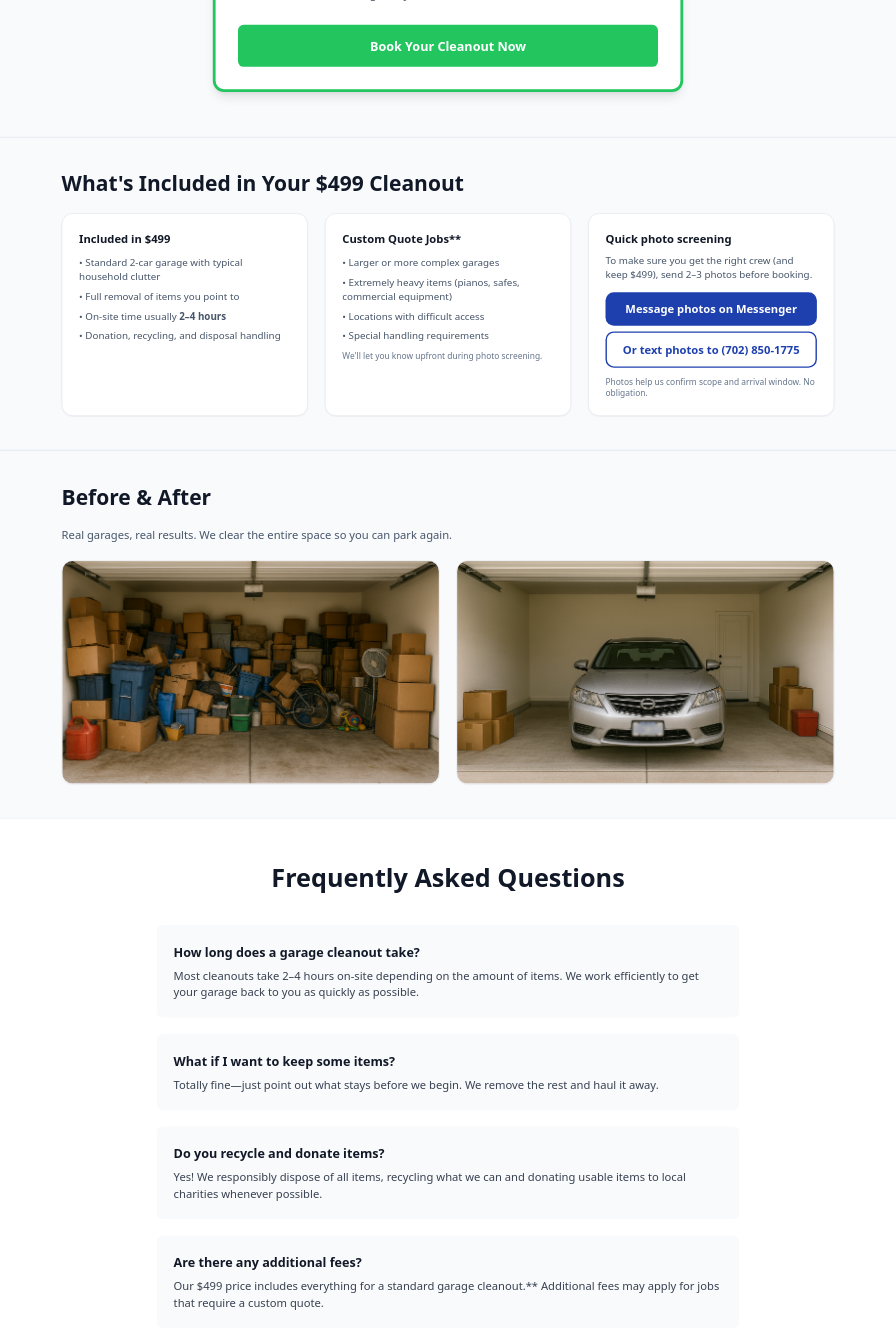
Repository: nikwhite1169/garagegone
Page: index.html
These files come from the project's save history. The page is drawn as it stood at one moment and after the next save; the edit follows.
The browser window is 1280 px wide. The pictures show the part of the page from y = 1709 to 3629 px (the page is 5457 px tall before and 5461 px after), at 70% of full size.
Some web libraries are served in a nearby version.

Above is the page before, as saved 2025-09-16 00:30:53.

After the next save:
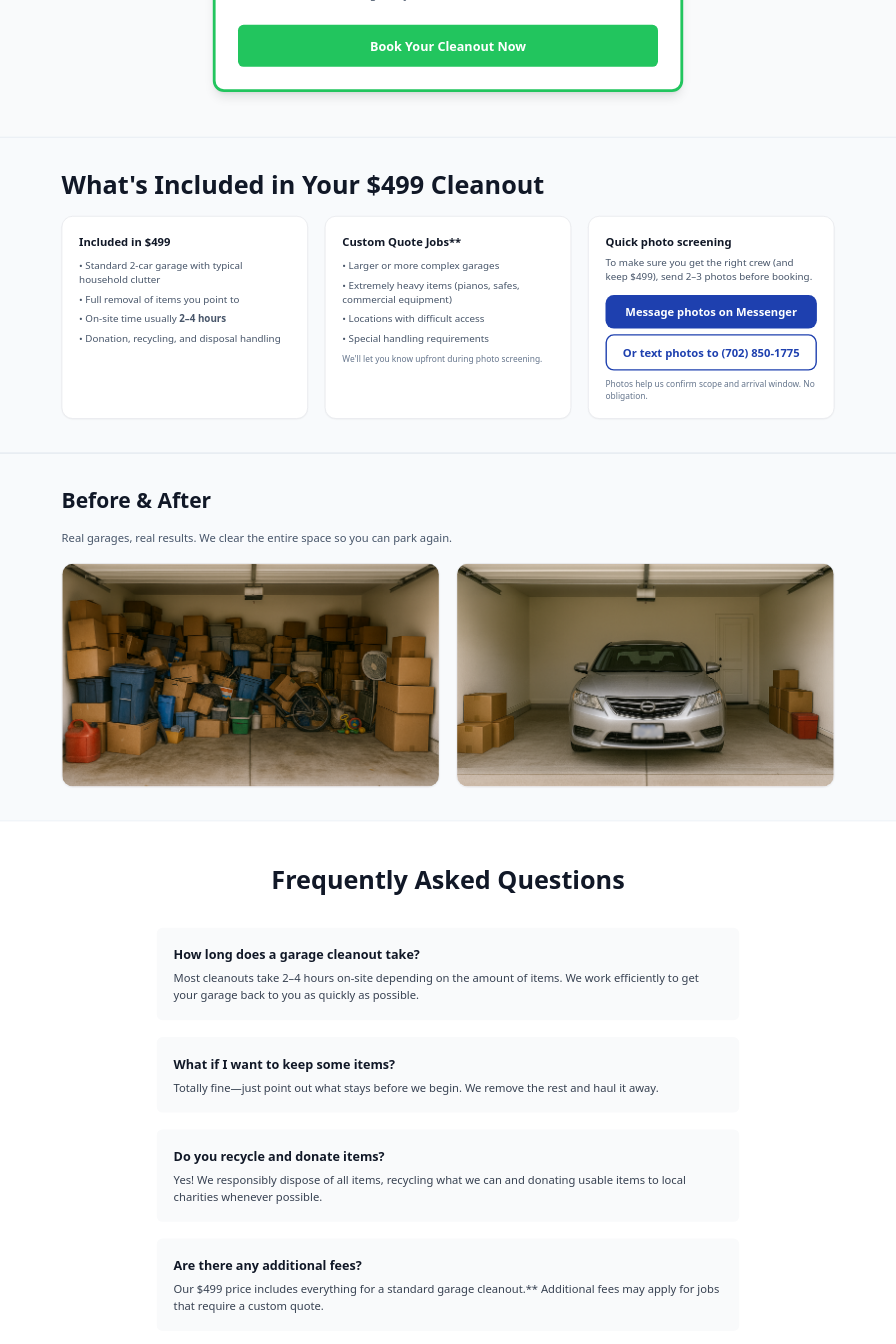
Saved 6 s later.
--- a/index.html
+++ b/index.html
@@ -245,7 +245,7 @@
     <!-- Scope & Extras -->
     <section id="scope" class="bg-slate-50 border-y border-slate-200">
       <div class="max-w-6xl mx-auto px-4 md:px-6 py-12">
-        <h2 class="text-2xl md:text-3xl font-bold mb-6">What's Included in Your $499 Cleanout</h2>
+        <h2 class="text-2xl md:text-4xl font-bold mb-6">What's Included in Your $499 Cleanout</h2>
         <div class="grid md:grid-cols-3 gap-6">
           <div class="rounded-2xl bg-white border p-6 shadow-sm">
             <h3 class="font-semibold">Included in $499</h3>
